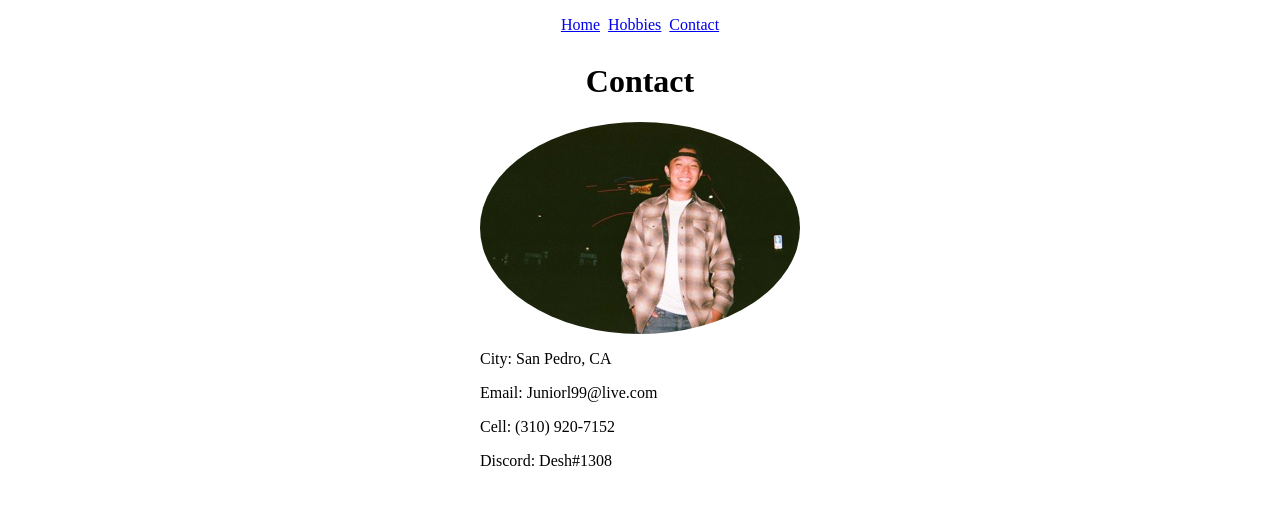
Repository: sebas6292/Jeff-Midterm
Page: contact.html
The author's editor kept a copy of each file at every save. The page is drawn from the files as they stood at one save, then again after the next save.
The browser window is 1280 px wide. The pictures show the whole page.

Above is the page before, as saved 2023-04-30 23:09:03.

After the next save:
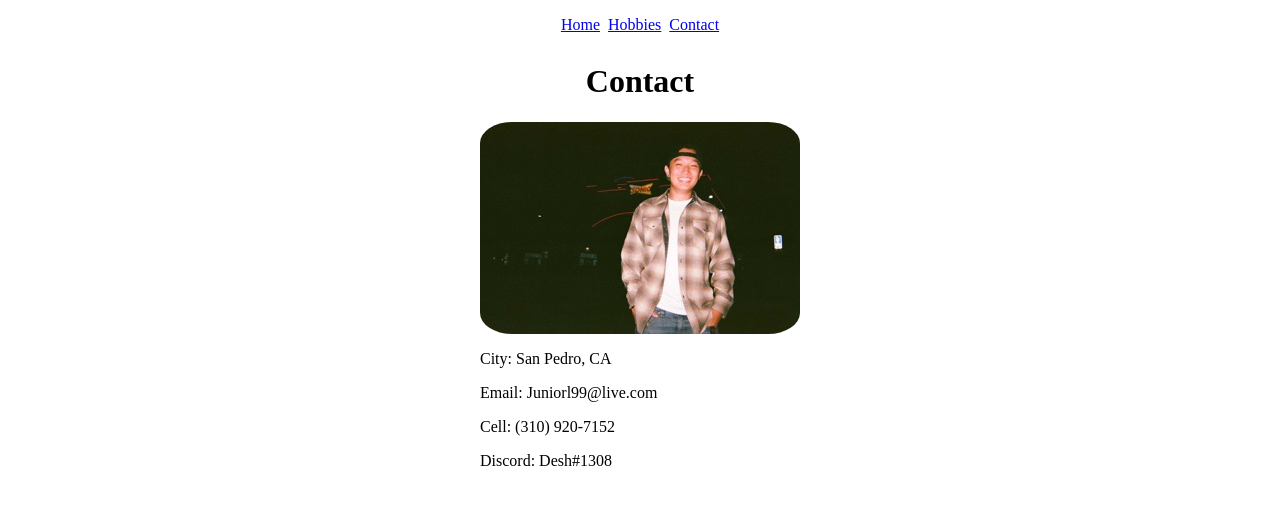
Saved 10 s later.
--- a/styles.css
+++ b/styles.css
@@ -30,5 +30,5 @@ nav {
 h1, .contact-info, img {
   display: flex;
   justify-content: center;
-  border-radius: 50%;
+  border-radius: 10%;
 }
